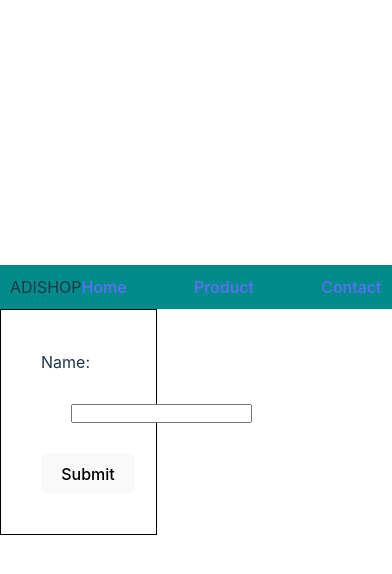
Repository: Aditya0377/React-ecommercewebsite
Page: /contact (app in ecommerce/)
These files come from the project's save history. The page is drawn as it stood at one moment and after the next save; the edit follows.
The browser window is 375 px wide. The page is 392 px wide, then 375 px, so the pictures cover 392 px, including what lies to the right of the window. The pictures show the whole page.
The project was rebuilt for these pictures with package versions that can differ from the ones it lists, and the page was loaded fresh each time. Also part of the build but not shown: ecommerce/vite.config.js, ecommerce/src/components/Home.jsx, ecommerce/src/components/Product.jsx, ecommerce/src/components/Login.css, ecommerce/src/components/Login.jsx.

Above is the page before, as saved 2025-01-22 14:48:27.

After the next save:
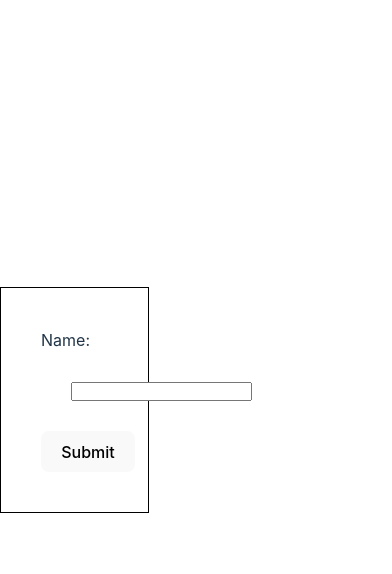
Saved 32 s later.
--- a/ecommerce/src/components/Product.css
+++ b/ecommerce/src/components/Product.css
@@ -33,7 +33,7 @@
     /* border: 1px solid black; */
  }
  @media screen and (max-width:550px){
-   Header{
+   .nav{
     display: none;
    }
 
